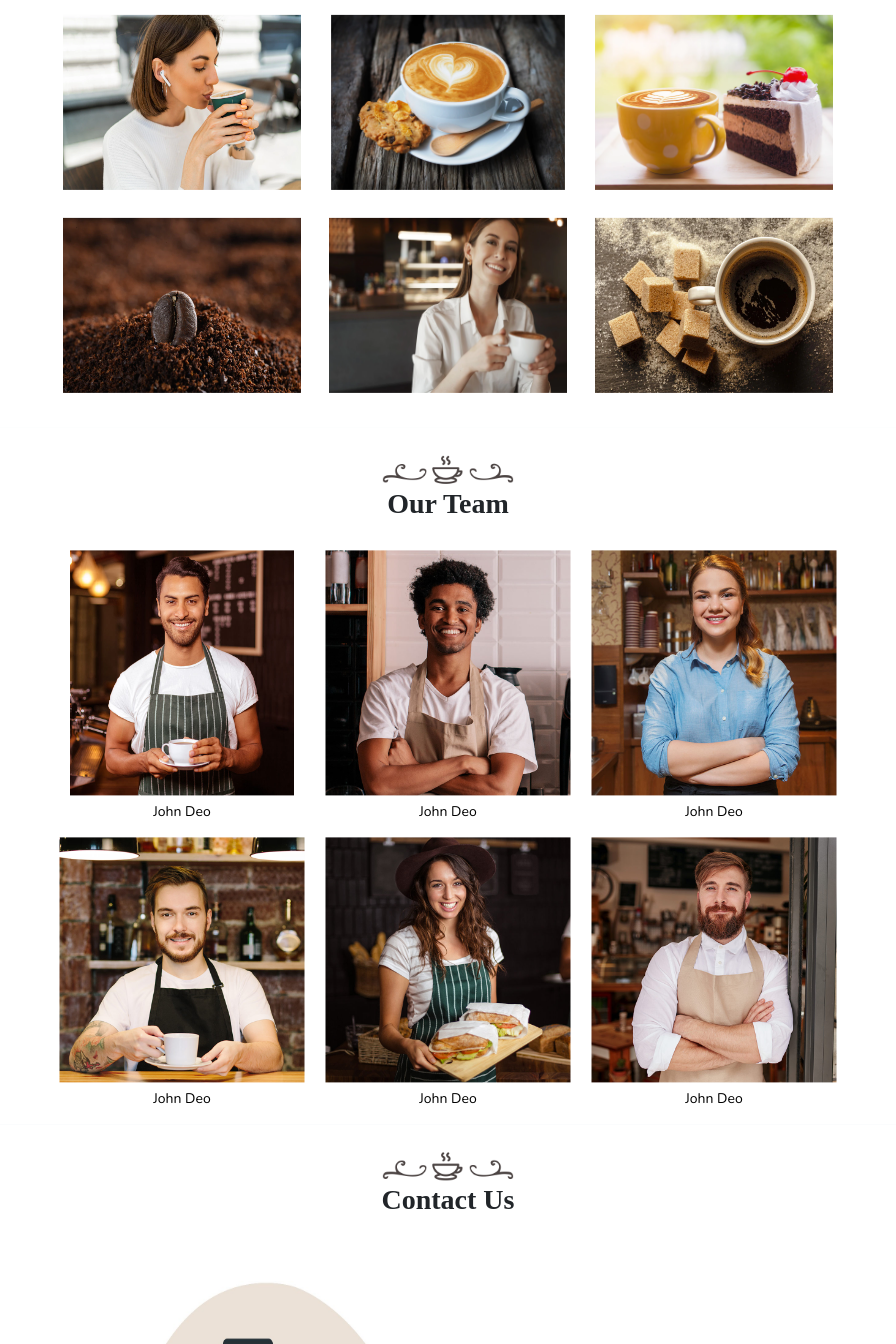
Repository: Ragavan728/coffee_full
Page: index.html
These files come from the project's save history. The page is drawn as it stood at one moment and after a run of saves; the edit follows.
The browser window is 1280 px wide. The pictures show the part of the page from y = 2766 to 4686 px (the page is 5512 px tall), at 70% of full size.
Some web fonts or font styles are not loaded; a fallback is used.

Above is the page before, as saved 2025-02-10 16:30:30.

### index.html
<!DOCTYPE html>
<html lang="en">

<head>
    <meta charset="UTF-8">
    <meta name="viewport" content="width=device-width, initial-scale=1.0">
    <title>Coffee Shop</title>
    <link rel="shortcut icon" href="./assets/images/logo.png" type="image/x-icon">
    <link rel="stylesheet" href="./style.css">
    <link rel="stylesheet" href="https://cdnjs.cloudflare.com/ajax/libs/font-awesome/6.7.2/css/all.min.css"
        integrity="sha512-Evv84Mr4kqVGRNSgIGL/F/aIDqQb7xQ2vcrdIwxfjThSH8CSR7PBEakCr51Ck+w+/U6swU2Im1vVX0SVk9ABhg=="
        crossorigin="anonymous" referrerpolicy="no-referrer" />
    <!-- <link rel="stylesheet" href="./cssSequence.css"> -->
</head>

<body>
    <header>
        <nav class="navBar"> <!-- component -->
            <div class="navContainer align"> <!-- componentContainer -->
                <div class="navBody grid-2"> <!-- row 1 -->
                    <div class="logoBlock dflex"> <!-- column 1 -->
                        <figure class="logoBox dflex"> <!-- subColumn 1 -->
                            <img src="./assets/images/logo.png" alt="logo">
                        </figure>
                    </div>
                    <div class="navlinkBlock dflex"> <!-- column 2 -->
                        <ul class="navlinkBox dflex"> <!-- subcolumn 1 -->
                            <li><a href="">Home</a></li>
                            <li><a href="">About</a></li>
                            <li><a href="">Menu</a></li>
                            <li><a href="">Gallery</a></li>
                            <li><a href="">Team</a></li>
                            <li><a href="">Contact</a></li>
                        </ul>
                    </div>
                </div>
            </div>
        </nav>
        <section class="heroSection componentSpacing"> <!-- component -->
            <div class="heroContainer align"> <!-- componentContainer -->
                <div class="heroBody grid-1"> <!-- row 1 -->
                    <div class="heroBlock dflex"> <!-- column 1 -->
                        <div class="heroBox dflex-col"> <!-- subcolumn 1 -->
                            <h1>Coffee Heaven</h1>
                            <p>Lorem Ipsum, Dolor Sit Amet Consectetur
                                Adipisicing Elit. Adipisci Ipsa Id Vero
                                Perferendis, Reiciendis Dolores!</p>
                            <button type="button">About Us</button>
                        </div>
                    </div>
                </div>
            </div>
        </section>
    </header>
    <main>
        <section class="ourMenu componentSpacing"> <!-- component -->
            <div class="ourMenuContainer align"> <!-- componentContainer  -->
                <div class="ourMenuBody grid-2"> <!-- row 1 -->
                    <div class="ourMenuImgBlock dflex"> <!-- column 1 -->
                        <figure class="ourMenuImgBox dflex"> <!-- subColumn 1 -->
                            <img src="./assets/images/ourmenu.svg" alt="menuImg">
                        </figure>
                    </div>
                    <div class="ourMenuBlock dflex"> <!-- column 2 -->
                        <div class="ourMenuBox dflex-col"> <!-- subcolumn 1 -->
                            <h2>A Cup Of Coffee Can Complete Your Day</h2>
                            <p>Lorem ipsum, dolor sit amet consectetur adipisicing elit. Pariatur, esse corrupti.
                                Incidunt fuga sit numquam est consequatur provident ipsa quidem! Lorem</p>
                            <button type="button">Our Menu</button>
                        </div>
                    </div>
                </div>
            </div>
        </section>
        <section class="ourFacility componentSpacing"> <!-- component -->
            <div class="ourFacilityContainer align"> <!-- componentContainer -->
                <div class="headingBody grid-1"> <!-- row 1 -->
                    <div class="headingBlock dflex"> <!-- column 1 -->
                        <div class="headingBox dflex-col"> <!-- subcolumn 1 -->
                            <figure class="headingImg">
                                <img src="./assets/images/heading.png" alt="heading_design">
                            </figure>
                            <h2>our facility</h2>
                        </div>
                    </div>
                </div>
                <div class="facilityListsBody grid-4"> <!-- row 2 -->
                    <div class="facilityBlock dflex"> <!-- column 1 -->
                        <div class="facilityCard dflex-col"> <!-- subcolumn 1 -->
                            <figure class="facilityCardHead">
                                <img src="./assets/images/facility_1.png" alt="facility_01">
                            </figure>
                            <div class="facilityCardBody">
                                <h3>Varieties Of Coffee</h3>
                                <p>Lorem Ipsum Dolor, Sit Amet Consectetur Adipisicing Elit.</p>
                            </div>
                        </div>
                    </div>
                    <div class="facilityBlock dflex"> <!-- column 2 -->
                        <div class="facilityCard dflex-col"> <!-- subcolumn 1 -->
                            <figure class="facilityCardHead">
                                <img src="./assets/images/facility_2.png" alt="facility_02">
                            </figure>
                            <div class="facilityCardBody">
                                <h3>Coffee Beans</h3>
                                <p>Lorem Ipsum Dolor, Sit Amet Consectetur Adipisicing Elit.</p>
                            </div>
                        </div>
                    </div>
                    <div class="facilityBlock dflex"> <!-- column 3 -->
                        <div class="facilityCard dflex-col"> <!-- subcolumn 1 -->
                            <figure class="facilityCardHead">
                                <img src="./assets/images/facility_3.png" alt="facility_03">
                            </figure>
                            <div class="facilityCardBody">
                                <h3>Breakfast And Sweets</h3>
                                <p>Lorem Ipsum Dolor, Sit Amet Consectetur Adipisicing Elit.</p>
                            </div>
                        </div>
                    </div>
                    <div class="facilityBlock dflex"> <!-- column 4 -->
                        <div class="facilityCard dflex-col"> <!-- subcolumn 1 -->
                            <figure class="facilityCardHead">
                                <img src="./assets/images/facility_4.png" alt="facility_04">
                            </figure>
                            <div class="facilityCardBody">
                                <h3>Ready To Go Coffee</h3>
                                <p>Lorem Ipsum Dolor, Sit Amet Consectetur Adipisicing Elit.</p>
                            </div>
                        </div>
                    </div>
                </div>
            </div>
        </section>
        <section class="popularMenu componentSpacing"> <!-- component -->
            <div class="popularMenuContainer align"> <!-- componentContainer -->
                <div class="headingBody grid-1"> <!-- row 1 -->
                    <div class="headingBlock dflex"> <!-- column 1 -->
                        <div class="headingBox dflex-col"> <!-- subcolumn 1 -->
                            <figure class="headingImg">
                                <img src="./assets/images/heading.png" alt="heading_design">
                            </figure>
                            <h2>Popular menu</h2>
                        </div>
                    </div>
                </div>
                <div class="popularMenuBody grid-3"> <!-- row 2 -->
                    <div class="popularMenuBlock dflex"> <!-- column 1 -->
                        <div class="popularMenuCard dflex-col"> <!-- subcolumn 1 -->
                            <figure class="popularCardHead">
                                <img src="./assets/images/popular_1.png" alt="popular_01">
                            </figure>
                            <div class="popularCardBody">
                                <p>love you coffee</p>
                            </div>
                        </div>
                    </div>
                    <div class="popularMenuBlock dflex"> <!-- column 2 -->
                        <div class="popularMenuCard dflex-col"> <!-- subcolumn 1 -->
                            <figure class="popularCardHead">
                                <img src="./assets/images/popular_2.png" alt="popular_02">
                            </figure>
                            <div class="popularCardBody">
                                <p>Cappuccino</p>
                            </div>
                        </div>
                    </div>
                    <div class="popularMenuBlock dflex"> <!-- column 3 -->
                        <div class="popularMenuCard dflex-col"> <!-- subcolumn 1 -->
                            <figure class="popularCardHead">
                                <img src="./assets/images/popular_3.png" alt="popular_03">
                            </figure>
                            <div class="popularCardBody">
                                <p>Mocha Coffee</p>
                            </div>
                        </div>
                    </div>
                    <div class="popularMenuBlock dflex"> <!-- column 4 -->
                        <div class="popularMenuCard dflex-col"> <!-- subcolumn 1 -->
                            <figure class="popularCardHead">
                                <img src="./assets/images/popular_4.png" alt="popular_04">
                            </figure>
                            <div class="popularCardBody">
                                <p>Frappuccino</p>
                            </div>
                        </div>
                    </div>
                    <div class="popularMenuBlock dflex"> <!-- column 5 -->
                        <div class="popularMenuCard dflex-col"> <!-- subcolumn 1 -->
                            <figure class="popularCardHead">
                                <img src="./assets/images/popular_5.png" alt="popular_05">
                            </figure>
                            <div class="popularCardBody">
                                <p>Black Coffee</p>
                            </div>
                        </div>
                    </div>
                    <div class="popularMenuBlock dflex"> <!-- column 6 -->
                        <div class="popularMenuCard dflex-col"> <!-- subcolumn 1 -->
                            <figure class="popularCardHead">
                                <img src="./assets/images/popular_6.png" alt="popular_06">
                            </figure>
                            <div class="popularCardBody">
                                <p>Love Heart Coffee</p>
                            </div>
                        </div>
                    </div>
                </div>
            </div>
        </section>
        <section class="ourGallery componentSpacing"> <!-- component -->
            <div class="ourGalleryContainer align"> <!-- componentContainer -->
                <div class="headingBody grid-1"> <!-- row 1 -->
                    <div class="headingBlock dflex"> <!-- column 1 -->
                        <div class="headingBox dflex-col"> <!-- subcolumn 1 -->
                            <figure class="headingImg">
                                <img src="./assets/images/heading.png" alt="heading_design">
                            </figure>
                            <h2>our gallery</h2>
                        </div>
                    </div>
                </div>
                <div class="ourGalleryBody grid-3"> <!-- row 2 -->
                    <div class="ourGalleryBlock dflex"> <!-- column 1 -->
                        <div class="ourGalleryCard dflex-col"> <!-- subcolumn 1 -->
                            <figure class="cardHead">
                                <img src="./assets/images/gallery_1.webp" alt="gallery_1">
                            </figure>
                        </div>
                    </div>
                    <div class="ourGalleryBlock dflex"> <!-- column 2 -->
                        <div class="ourGalleryCard dflex-col"> <!-- subcolumn 1 -->
                            <figure class="cardHead">
                                <img src="./assets/images/gallery_2.webp" alt="gallery_2">
                            </figure>
                        </div>
                    </div>
                    <div class="ourGalleryBlock dflex"> <!-- column 3 -->
                        <div class="ourGalleryCard dflex-col"> <!-- subcolumn 1 -->
                            <figure class="cardHead">
                                <img src="./assets/images/gallery_3.webp" alt="gallery_3">
                            </figure>
                        </div>
                    </div>
                    <div class="ourGalleryBlock dflex"> <!-- column 4 -->
                        <div class="ourGalleryCard dflex-col"> <!-- subcolumn 1 -->
                            <figure class="cardHead">
                                <img src="./assets/images/gallery_4.webp" alt="gallery_4">
                            </figure>
                        </div>
                    </div>
                    <div class="ourGalleryBlock dflex"> <!-- column 5 -->
                        <div class="ourGalleryCard dflex-col"> <!-- subcolumn 1 -->
                            <figure class="cardHead">
                                <img src="./assets/images/gallery_5.webp" alt="gallery_5">
                            </figure>
                        </div>
                    </div>
                    <div class="ourGalleryBlock dflex"> <!-- column 6 -->
                        <div class="ourGalleryCard dflex-col"> <!-- subcolumn 1 -->
                            <figure class="cardHead">
                                <img src="./assets/images/gallery_6.webp" alt="gallery_6">
                            </figure>
                        </div>
                    </div>
                </div>
            </div>
        </section>
        <section class="ourTeam componentSpacing"> <!-- component -->
            <div class="ourTeamContainer align"> <!-- componentContainer -->
                <div class="headingBody grid-1"> <!-- row 1 -->
                    <div class="headingBlock dflex"> <!-- column 1 -->
                        <div class="headingBox dflex-col"> <!-- subcolumn 1 -->
                            <figure class="headingImg">
                                <img src="./assets/images/heading.png" alt="heading_design">
                            </figure>
                            <h2>our team</h2>
                        </div>
                    </div>
                </div>
                <div class="ourTeamBody grid-3"> <!-- row 2 -->
                    <div class="ourTeamBlock dflex"> <!-- column 1 -->
                        <div class="ourTeamCard dflex-col"> <!-- subcolumn 1 -->
                            <figure class="teamCardHead">
                                <img src="./assets/images/team_1.jpg" alt="team_1">
                            </figure>
                            <div class="teamCardBody">
                                <p>john deo</p>
                            </div>
                        </div>
                    </div>
                    <div class="ourTeamBlock dflex"> <!-- column 2 -->
                        <div class="ourTeamBox dflex-col"> <!-- subcolumn 1 -->
                            <figure class="teamCardHead">
                                <img src="./assets/images/team_2.jpg" alt="team_2">
                            </figure>
                            <div class="teamCardBody">
                                <p>john deo</p>
                            </div>
                        </div>
                    </div>
                    <div class="ourTeamBlock "> <!-- column 3 -->
                        <div class="ourTeamBox"> <!-- subcolumn 1 -->
                            <figure class="teamCardHead">
                                <img src="./assets/images/team_3.jpg" alt="team_3">
                            </figure>
                            <div class="teamCardBody">
                                <p>john deo</p>
                            </div>
                        </div>
                    </div>
                    <div class="ourTeamBlock "> <!-- column 4 -->
                        <div class="ourTeamBox"> <!-- subcolumn 1 -->
                            <figure class="teamCardHead">
                                <img src="./assets/images/team_4.jpg" alt="team_4">
                            </figure>
                            <div class="teamCardBody">
                                <p>john deo</p>
                            </div>
                        </div>
                    </div>
                    <div class="ourTeamBlock "> <!-- column 5 -->
                        <div class="ourTeamBox"> <!-- subcolumn 1 -->
                            <figure class="teamCardHead">
                                <img src="./assets/images/team_5.jpg" alt="team_5">
                            </figure>
                            <div class="teamCardBody">
                                <p>john deo</p>
                            </div>
                        </div>
                    </div>
                    <div class="ourTeamBlock "> <!-- column 6 -->
                        <div class="ourTeamBox"> <!-- subcolumn 1 -->
                            <figure class="teamCardHead">
                                <img src="./assets/images/team_6.jpg" alt="team_6">
                            </figure>
                            <div class="teamCardBody">
                                <p>john deo</p>
                            </div>
                        </div>
                    </div>
                </div>
            </div>
        </section>
        <section class="contactUs componentSpacing"> <!-- component -->
            <div class="contactContainer align"> <!-- componentContainer -->
                <div class="headingBody grid-1"> <!-- row 1 -->
                    <div class="headingBlock dflex"> <!-- column 1 -->
                        <div class="headingBox dflex-col"> <!-- subcolumn 1 -->
                            <figure class="headingImg">
                                <img src="./assets/images/heading.png" alt="heading_design">
                            </figure>
                            <h2>contact us</h2>
                        </div>
                    </div>
                </div>
                <div class="contactUsBody grid-2"> <!-- row 2 -->
                    <div class="contactUsImgBlock dflex"> <!-- column 1 -->
                        <figure class="imgBox dflex-col"> <!-- subcolumn 1 -->
                            <img src="./assets/images/contact-img (1).jpg" alt="">
                        </figure>
                    </div>
                    <div class="contactFormBlock dflex"> <!-- column 2 -->


                    </div>
                </div>
            </div>
        </section>
    </main>
    <footer>
        <section class="footer"> <!-- component -->
            <div class="footerContainer align"> <!-- componentContainer -->
                <div class="footerBody grid-4"> <!-- row 1 -->
                    <div class="footerBlock dflex"> <!-- column 1 -->
                        <div class="footerCard dflex-col"> <!-- subcolumn 1 -->
                            <div class="cardHead">
                                <i class="fa-solid fa-envelope"></i>
                            </div>
                            <div class="cardBody">
                                <h5>our email</h5>
                                <p>shaakshi@gmail.com</p>
                                <p>hyhy@gmail.com</p>
                            </div>
                        </div>
                    </div>
                    <div class="footerBlock dflex"> <!-- column 2 -->
                        <div class="footerCard dflex-col"> <!-- subcolumn 1 -->
                            <div class="cardHead">
                                <i class="fa-regular fa-clock"></i>
                            </div>
                            <div class="cardBody">
                                <h5>opening hours</h5>
                                <p>07:00am to 09:00pm</p>
                            </div>
                        </div>
                    </div>
                    <div class="footerBlock dflex"> <!-- column 3 -->
                        <div class="footerCard dflex-col"> <!-- subcolumn 1 -->
                            <div class="cardHead">
                                <i class="fa-solid fa-location-dot"></i>
                            </div>
                            <div class="cardBody">
                                <h5>shop location</h5>
                                <p>mumbai, india- 400101</p>
                            </div>
                        </div>
                    </div>
                    <div class="footerBlock dflex"> <!-- column 4 -->
                        <div class="footerCard dflex-col"> <!-- subcolumn 1 -->
                            <div class="cardHead">
                                <i class="fa-solid fa-phone"></i>
                            </div>
                            <div class="cardBody">
                                <h5>our number</h5>
                                <p>+91-123-456-7890</p>
                                <p>+91-111-222-3333</p>
                            </div>
                        </div>
                    </div>
                </div>
                <div class="copyrightsBody grid-1"> <!-- row 2 -->
                    <div class="copyrightsBlock dflex"> <!-- column 1  -->
                        <div class="copyrightsBox dflex-col"> <!-- subcolumn 1 -->
                            <p>
                                © copyright @ 2022 by <span>mr. web designer</span> | all rights reserved
                            </p>
                        </div>
                    </div>
                </div>
            </div>
        </section>
    </footer>
</body>

</html>

Loaded but not shown: style.css (1024 lines, source omitted)

After the next 2 saves:
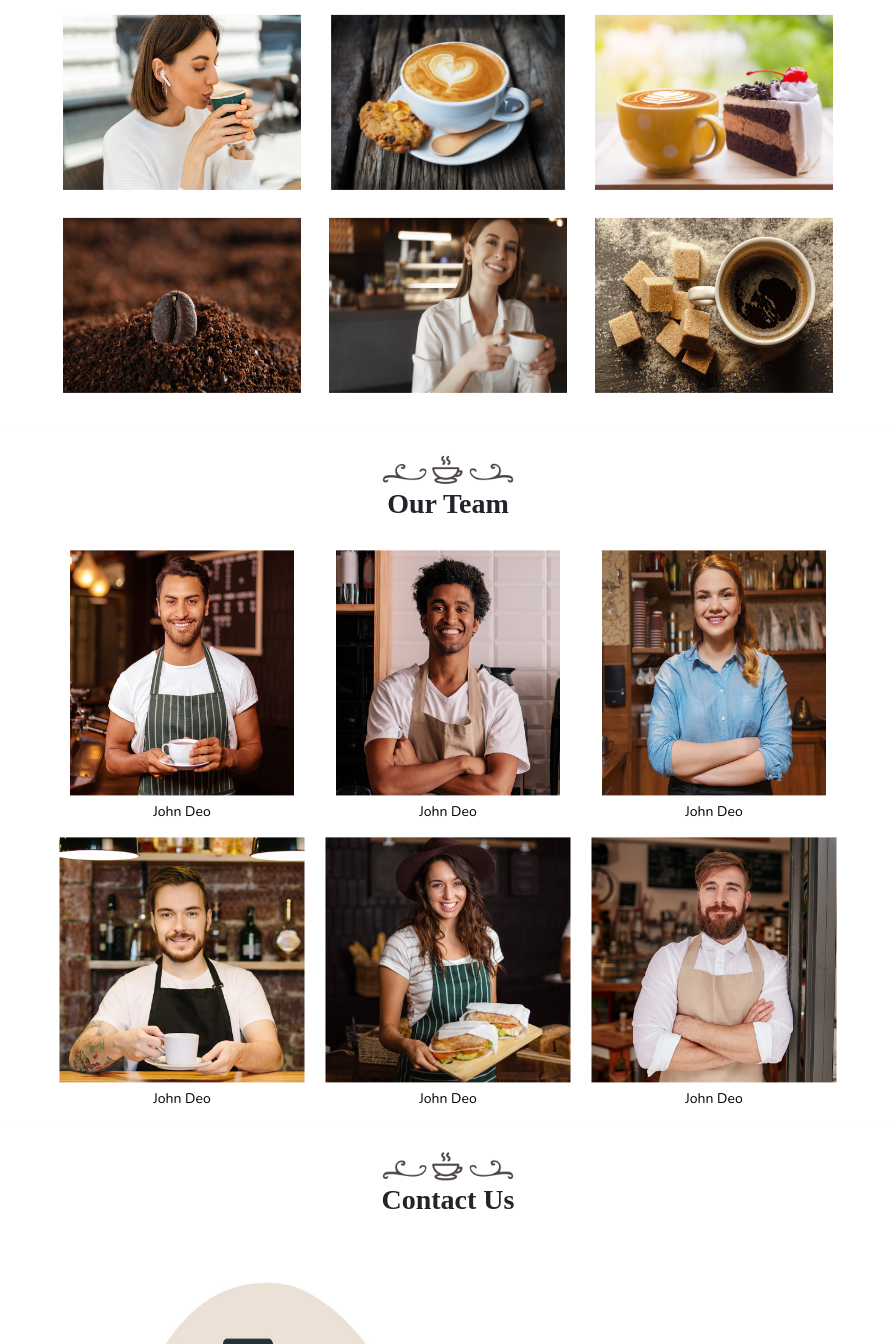
The 2 saves are shown as one change because they came seconds apart.
The last was saved 22 s later.
--- a/index.html
+++ b/index.html
@@ -290,7 +290,7 @@
                         </div>
                     </div>
                     <div class="ourTeamBlock dflex"> <!-- column 2 -->
-                        <div class="ourTeamBox dflex-col"> <!-- subcolumn 1 -->
+                        <div class="ourTeamCard dflex-col"> <!-- subcolumn 1 -->
                             <figure class="teamCardHead">
                                 <img src="./assets/images/team_2.jpg" alt="team_2">
                             </figure>
@@ -300,7 +300,7 @@
                         </div>
                     </div>
                     <div class="ourTeamBlock "> <!-- column 3 -->
-                        <div class="ourTeamBox"> <!-- subcolumn 1 -->
+                        <div class="ourTeamCard"> <!-- subcolumn 1 -->
                             <figure class="teamCardHead">
                                 <img src="./assets/images/team_3.jpg" alt="team_3">
                             </figure>
